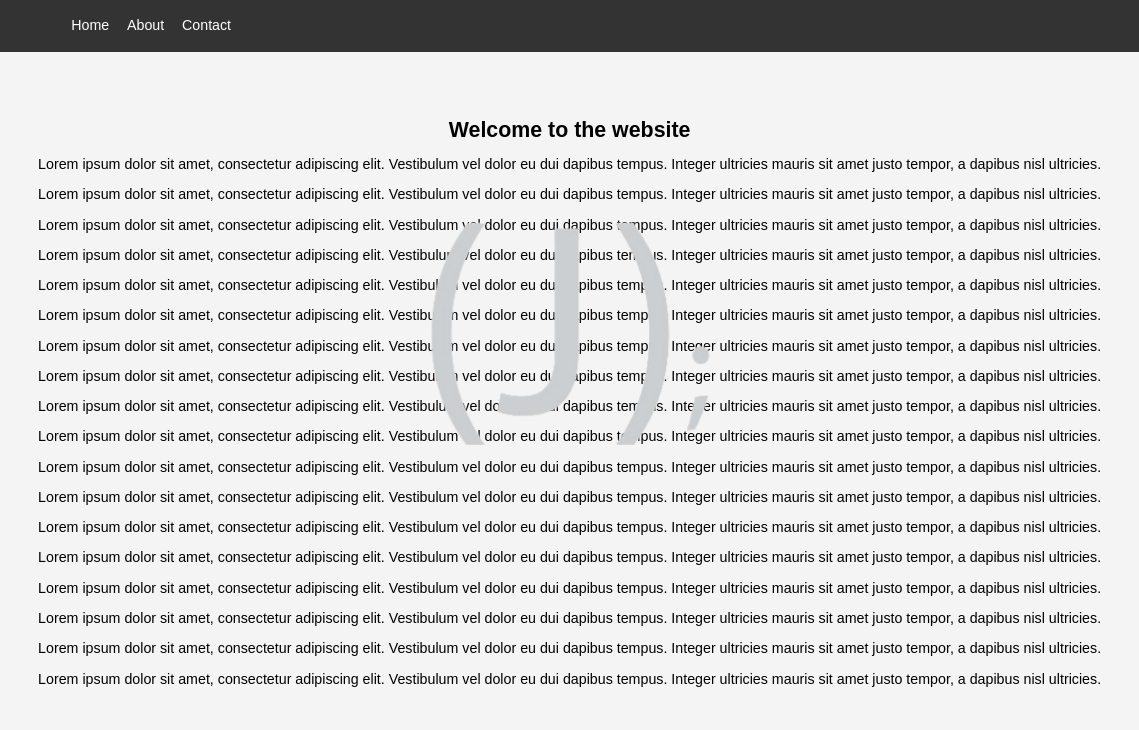
Repository: JoyMoGas/HelujaArc
Page: http://localhost/
An editor plug-in stored every save of this project. The page is shown before and after the next save, followed by the edit.
The browser window is 1280 px wide. The pictures show the whole page, at 89% of full size.
The page is served by the project's application, run on Flask 3 (run.py).

Above is the page before, as saved 2024-08-11 15:53:09.

### templates/index.html
<!DOCTYPE html>
<html lang="en">
<head>
    <meta charset="UTF-8">
    <meta name="viewport" content="width=device-width, initial-scale=1.0">
    <title>Document</title>
    <link rel="stylesheet" href="{{ url_for('static', filename='style.css') }}">
</head>
<body>
    <header class="navbar">
        <div class="navbar-content">
            <img id="logo" src="{{ url_for('static', filename='logo.png') }}" alt="Logo">
            <nav>
                <ul>
                    <li><a href="#">Home</a></li>
                    <li><a href="#">About</a></li>
                    <li><a href="#">Contact</a></li>
                </ul>
            </nav>
        </div>
    </header>
    <main>
        <section class="content">
            <h1>Welcome to the website</h1>
            <!-- Content goes here -->
            <p>Lorem ipsum dolor sit amet, consectetur adipiscing elit. Vestibulum vel dolor eu dui dapibus tempus. Integer ultricies mauris sit amet justo tempor, a dapibus nisl ultricies.</p>
            <p>Lorem ipsum dolor sit amet, consectetur adipiscing elit. Vestibulum vel dolor eu dui dapibus tempus. Integer ultricies mauris sit amet justo tempor, a dapibus nisl ultricies.</p>
            <p>Lorem ipsum dolor sit amet, consectetur adipiscing elit. Vestibulum vel dolor eu dui dapibus tempus. Integer ultricies mauris sit amet justo tempor, a dapibus nisl ultricies.</p>
            <p>Lorem ipsum dolor sit amet, consectetur adipiscing elit. Vestibulum vel dolor eu dui dapibus tempus. Integer ultricies mauris sit amet justo tempor, a dapibus nisl ultricies.</p>
            <p>Lorem ipsum dolor sit amet, consectetur adipiscing elit. Vestibulum vel dolor eu dui dapibus tempus. Integer ultricies mauris sit amet justo tempor, a dapibus nisl ultricies.</p>
            <p>Lorem ipsum dolor sit amet, consectetur adipiscing elit. Vestibulum vel dolor eu dui dapibus tempus. Integer ultricies mauris sit amet justo tempor, a dapibus nisl ultricies.</p>
            <p>Lorem ipsum dolor sit amet, consectetur adipiscing elit. Vestibulum vel dolor eu dui dapibus tempus. Integer ultricies mauris sit amet justo tempor, a dapibus nisl ultricies.</p>
            <p>Lorem ipsum dolor sit amet, consectetur adipiscing elit. Vestibulum vel dolor eu dui dapibus tempus. Integer ultricies mauris sit amet justo tempor, a dapibus nisl ultricies.</p>
            <p>Lorem ipsum dolor sit amet, consectetur adipiscing elit. Vestibulum vel dolor eu dui dapibus tempus. Integer ultricies mauris sit amet justo tempor, a dapibus nisl ultricies.</p>
            <p>Lorem ipsum dolor sit amet, consectetur adipiscing elit. Vestibulum vel dolor eu dui dapibus tempus. Integer ultricies mauris sit amet justo tempor, a dapibus nisl ultricies.</p>
            <p>Lorem ipsum dolor sit amet, consectetur adipiscing elit. Vestibulum vel dolor eu dui dapibus tempus. Integer ultricies mauris sit amet justo tempor, a dapibus nisl ultricies.</p>
            <p>Lorem ipsum dolor sit amet, consectetur adipiscing elit. Vestibulum vel dolor eu dui dapibus tempus. Integer ultricies mauris sit amet justo tempor, a dapibus nisl ultricies.</p>
            <p>Lorem ipsum dolor sit amet, consectetur adipiscing elit. Vestibulum vel dolor eu dui dapibus tempus. Integer ultricies mauris sit amet justo tempor, a dapibus nisl ultricies.</p>
            <p>Lorem ipsum dolor sit amet, consectetur adipiscing elit. Vestibulum vel dolor eu dui dapibus tempus. Integer ultricies mauris sit amet justo tempor, a dapibus nisl ultricies.</p>
            <p>Lorem ipsum dolor sit amet, consectetur adipiscing elit. Vestibulum vel dolor eu dui dapibus tempus. Integer ultricies mauris sit amet justo tempor, a dapibus nisl ultricies.</p>
            <p>Lorem ipsum dolor sit amet, consectetur adipiscing elit. Vestibulum vel dolor eu dui dapibus tempus. Integer ultricies mauris sit amet justo tempor, a dapibus nisl ultricies.</p>
            <p>Lorem ipsum dolor sit amet, consectetur adipiscing elit. Vestibulum vel dolor eu dui dapibus tempus. Integer ultricies mauris sit amet justo tempor, a dapibus nisl ultricies.</p>
            <p>Lorem ipsum dolor sit amet, consectetur adipiscing elit. Vestibulum vel dolor eu dui dapibus tempus. Integer ultricies mauris sit amet justo tempor, a dapibus nisl ultricies.</p>
        </section>
    </main>
    <script src="{{ url_for('static', filename='scripts.js') }}"></script>
</body>
</html>

### static/style.css
/* Reset de márgenes y padding */
body, h1, ul, li {
    margin: 0;
    padding: 0;
}

/* Estilo para el cuerpo */
body {
    font-family: Arial, sans-serif;
    padding-top: 100px; /* Ajusta según el tamaño de la navbar */
    margin: 0;
    display: flex;
    justify-content: center;
    align-items: center;
    height: 100vh; /* Ocupa toda la altura visible */
    background: #f4f4f4;
}

/* Estilo para la navbar */
.navbar {
    position: fixed;
    top: 0;
    left: 0;
    width: 100%;
    background-color: #333;
    color: #fff;
    display: flex;
    justify-content: center;
    align-items: center;
    transition: background-color 0.3s;
    z-index: 1000;
}

/* Contenido de la navbar */
.navbar-content {
    display: flex;
    justify-content: space-between;
    align-items: center;
    width: 100%;
    max-width: 1200px;
    padding: 20px;
    box-sizing: border-box;
}

/* Logo en la navbar */
.navbar img {
    height: 60px; /* Ajusta el tamaño del logo en la navbar */
    transition: height 0.3s, transform 0.3s;
}

/* Estilo para los enlaces de la navbar */
.navbar nav ul {
    display: flex;
    list-style-type: none;
    margin: 0;
    padding: 0;
}

.navbar nav ul li {
    margin-left: 20px;
}

.navbar nav ul li a {
    color: #fff;
    text-decoration: none;
}

/* Estilo para el contenido del body */
.content {
    text-align: center; /* Centra el texto y otros elementos dentro del contenedor */
    width: 100%;
    max-width: 1200px; /* Asegura que el contenido no se estire demasiado */
}

/* Logo en el cuerpo */
#logo {
    position: absolute;
    top: 20px;
    left: 50%;
    transform: translateX(-50%);
    height: 100px;
    transition: top 0.3s, left 0.3s, height 0.5s, transform 0.5s;
}

### static/scripts.js
"use strict";
document.addEventListener('DOMContentLoaded', () => {
    window.scrollTo(0, 0);
    const logo = document.getElementById('logo');
    const handleScroll = () => {
        if (window.scrollY > 50) {
            logo.style.position = 'fixed';
            logo.style.top = '0px';
            logo.style.left = '120px';
            logo.style.height = '100px';
            logo.style.transform = 'translateX(0) scale(0.6)';
        }
        else {
            logo.style.position = 'absolute';
            logo.style.top = '250px';
            logo.style.left = '50%';
            logo.style.transform = 'translateX(-50%) scale(1)';
            logo.style.height = '250px';
        }
    };
    window.addEventListener('scroll', handleScroll);
    // Inicializa el estado del logotipo
    handleScroll();
});
window.addEventListener('scroll', () => {
    const navbar = document.querySelector('.navbar');
    if (window.scrollY > 50) {
        navbar.classList.add('scrolled');
    }
    else {
        navbar.classList.remove('scrolled');
    }
});
window.addEventListener('beforeunload', () => {
    window.scrollTo(0, 0);
});

Loaded but not shown: run.py (common file)

After the next save:
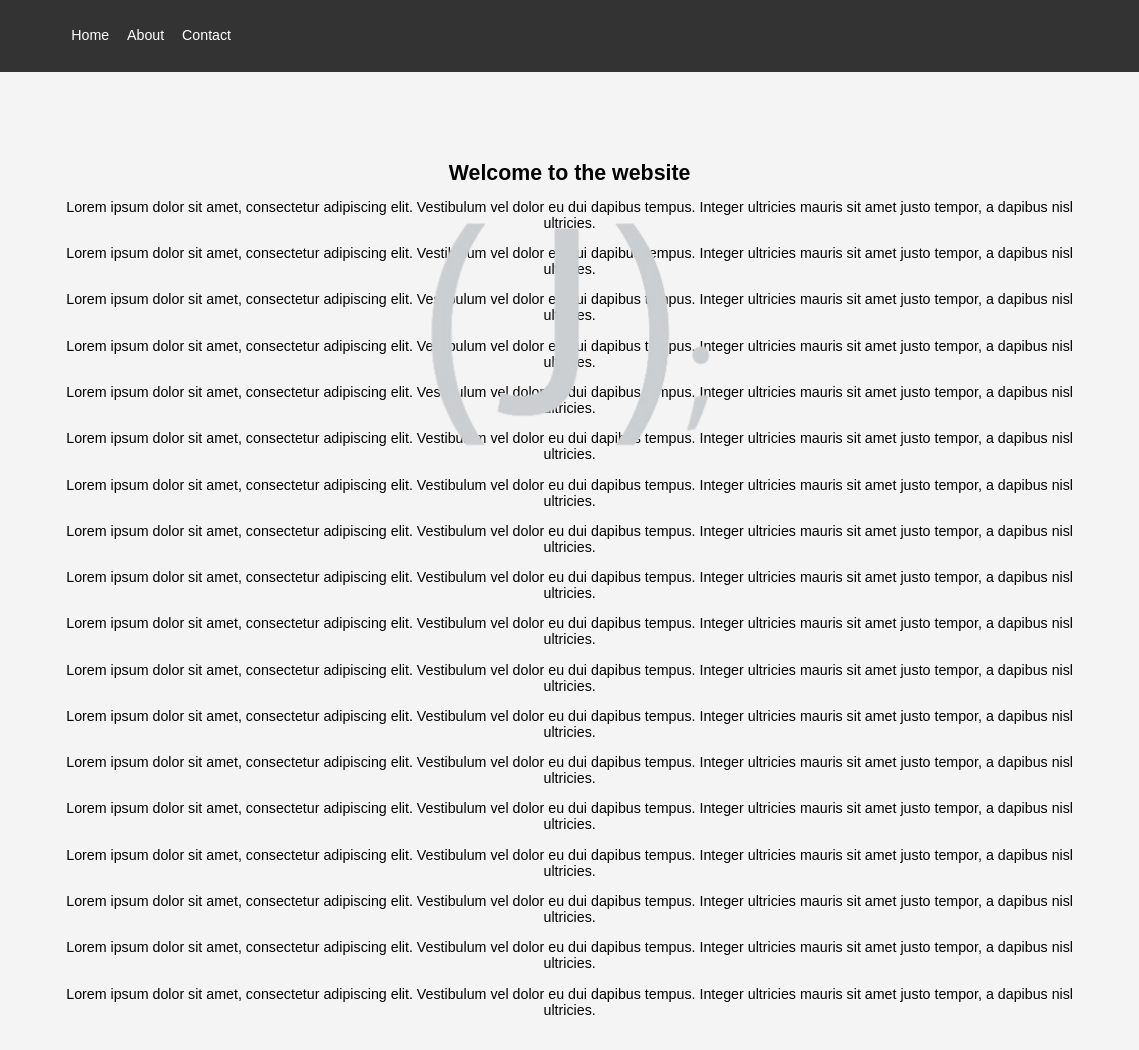
Saved 55 s later.
--- a/static/style.css
+++ b/static/style.css
@@ -7,11 +7,11 @@
 /* Estilo para el cuerpo */
 body {
     font-family: Arial, sans-serif;
-    padding-top: 100px; /* Ajusta según el tamaño de la navbar */
+    padding-top: 80px; /* Ajusta según la altura de la navbar para evitar que el contenido quede oculto */
     margin: 0;
     display: flex;
     justify-content: center;
-    align-items: center;
+    align-items: flex-start; /* Alinea el contenido al principio verticalmente */
     height: 100vh; /* Ocupa toda la altura visible */
     background: #f4f4f4;
 }
@@ -29,6 +29,8 @@
     align-items: center;
     transition: background-color 0.3s;
     z-index: 1000;
+    height: 80px; /* Ajusta según la altura de la navbar */
+    box-sizing: border-box;
 }
 
 /* Contenido de la navbar */
@@ -38,13 +40,13 @@
     align-items: center;
     width: 100%;
     max-width: 1200px;
-    padding: 20px;
+    padding: 0 20px; /* Ajuste para el padding dentro de la navbar */
     box-sizing: border-box;
 }
 
 /* Logo en la navbar */
 .navbar img {
-    height: 60px; /* Ajusta el tamaño del logo en la navbar */
+    height: 60px; /* Ajusta según el tamaño del logo en la navbar */
     transition: height 0.3s, transform 0.3s;
 }
 
@@ -70,6 +72,9 @@
     text-align: center; /* Centra el texto y otros elementos dentro del contenedor */
     width: 100%;
     max-width: 1200px; /* Asegura que el contenido no se estire demasiado */
+    margin-top: 80px; /* Asegura que el contenido esté por debajo de la navbar */
+    padding: 20px; /* Ajusta el padding según sea necesario */
+    box-sizing: border-box;
 }
 
 /* Logo en el cuerpo */
